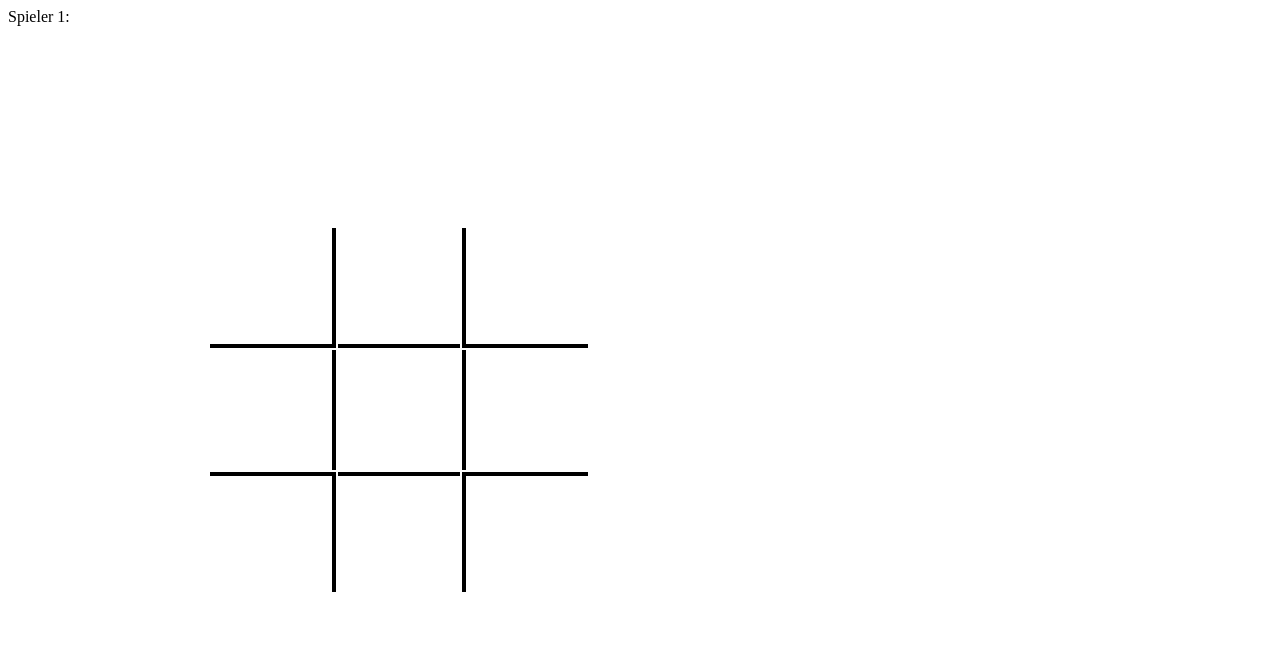
Repository: BKMaster94/Proggen_testat_2
Page: Proggen_testat_2/HTML/Index.html
The author's editor kept a copy of each file at every save. The page is drawn from the files as they stood at one save, then again after the next save.
The browser window is 1280 px wide. The pictures show the whole page.

Above is the page before, as saved 2017-06-09 13:03:16.

After the next save:
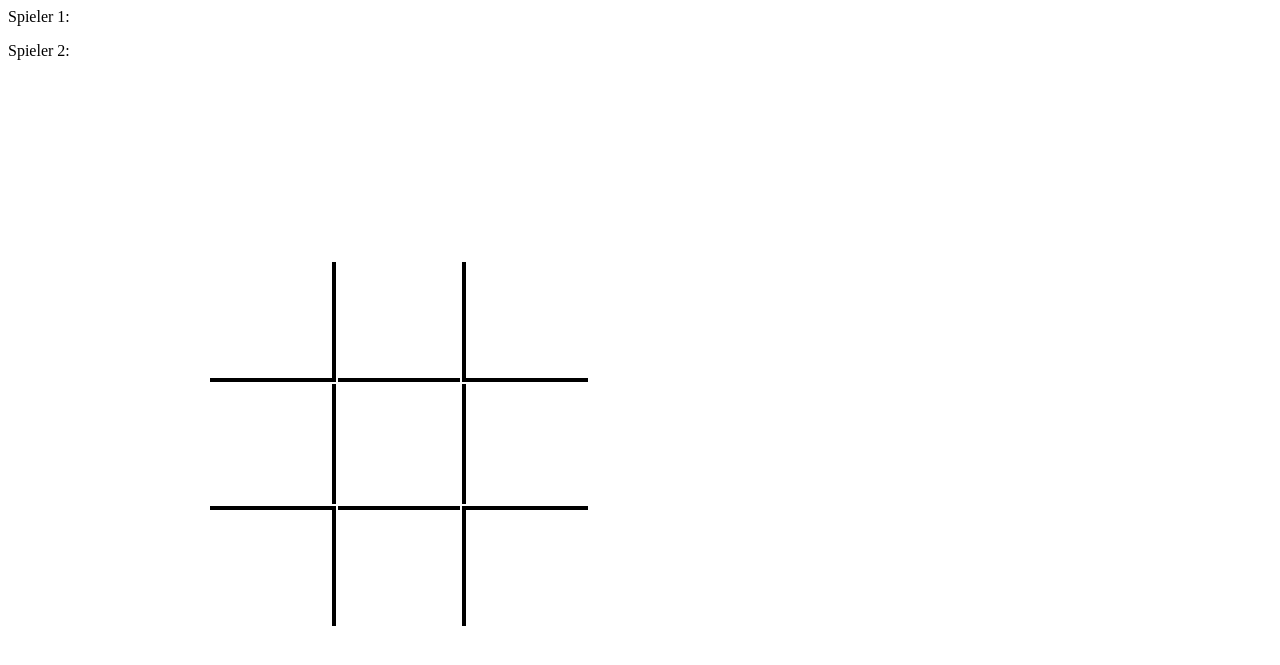
Saved 16 s later.
--- a/Proggen_testat_2/HTML/Index.html
+++ b/Proggen_testat_2/HTML/Index.html
@@ -61,7 +61,8 @@
 </HEAD>
 
 <BODY>
-<p> Spieler 1: </p>
+<p> Spieler 1: </p> <p> Spieler 2: </p>
+
 
 
 	<table id="table">
